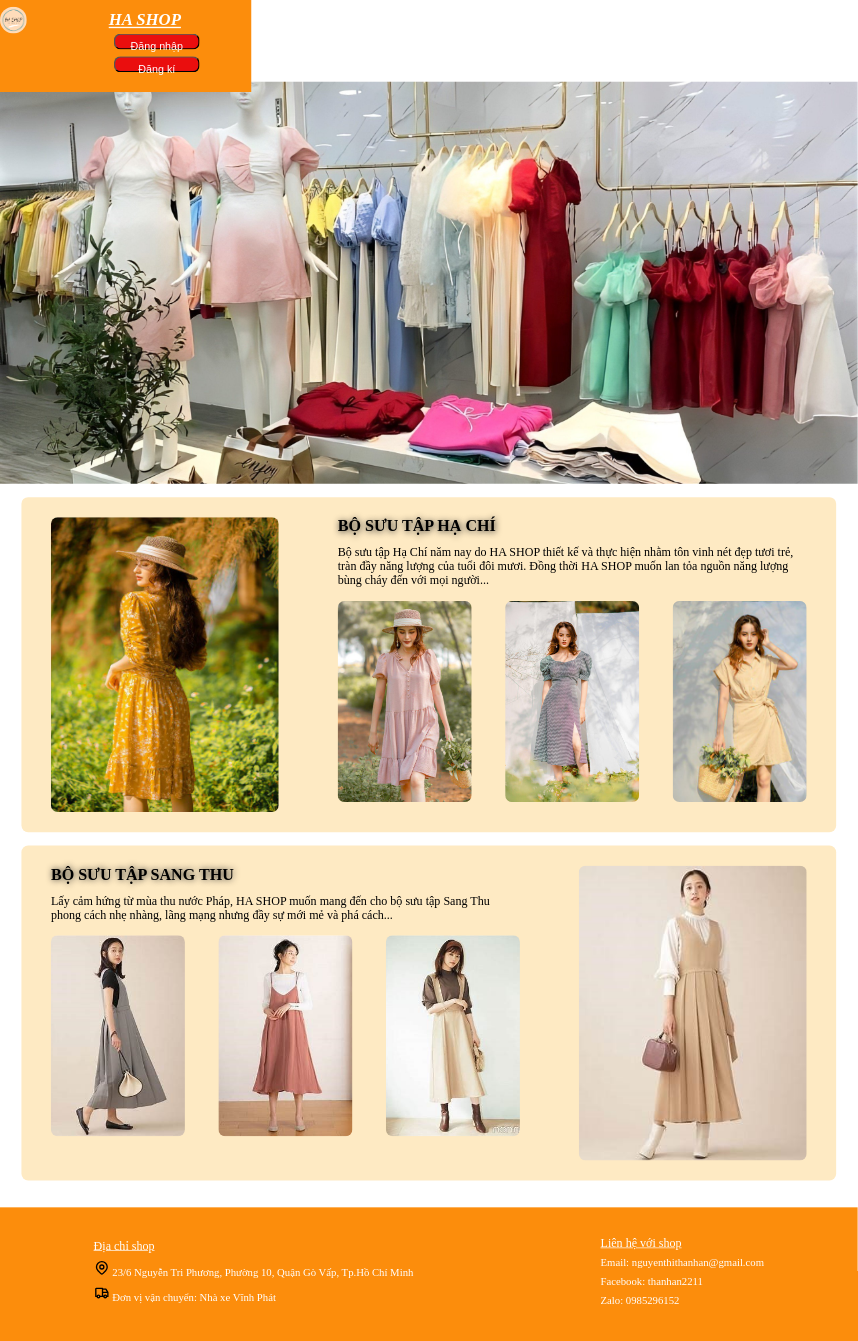
Repository: manhhieu120499/Project_ShopQuanAo
Page: index.html
These files come from the project's save history. The page is drawn as it stood at one moment and after the next save; the edit follows.
The browser window is 1280 px wide. The pictures show the whole page, at 67% of full size.

Above is the page before, as saved 2023-04-07 23:05:14.

After the next save:
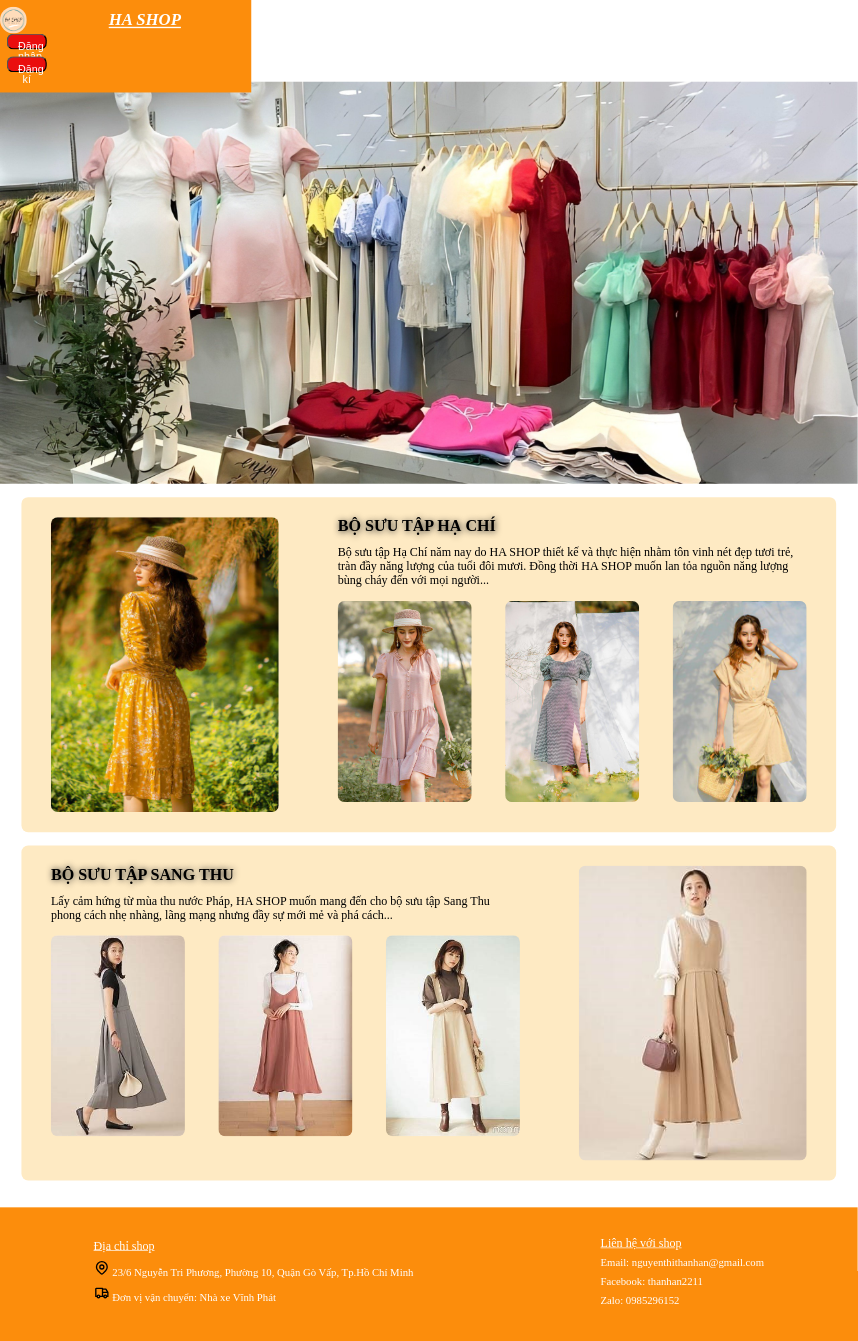
Saved 27 s later.
--- a/responsive/responsive_trangchu.css
+++ b/responsive/responsive_trangchu.css
@@ -71,12 +71,14 @@
         height: 40px;
     }
 
+    .right-header {
+        width: 80%;
+    }
     .right-header .btn {
-       width: 80%;
+      width: 100%;
        display: flex;
        flex-direction: column;
        gap: 10px;
-       justify-content: flex-end;
     }
 
     .right-header .btn > button{

After the 2 saves that followed:
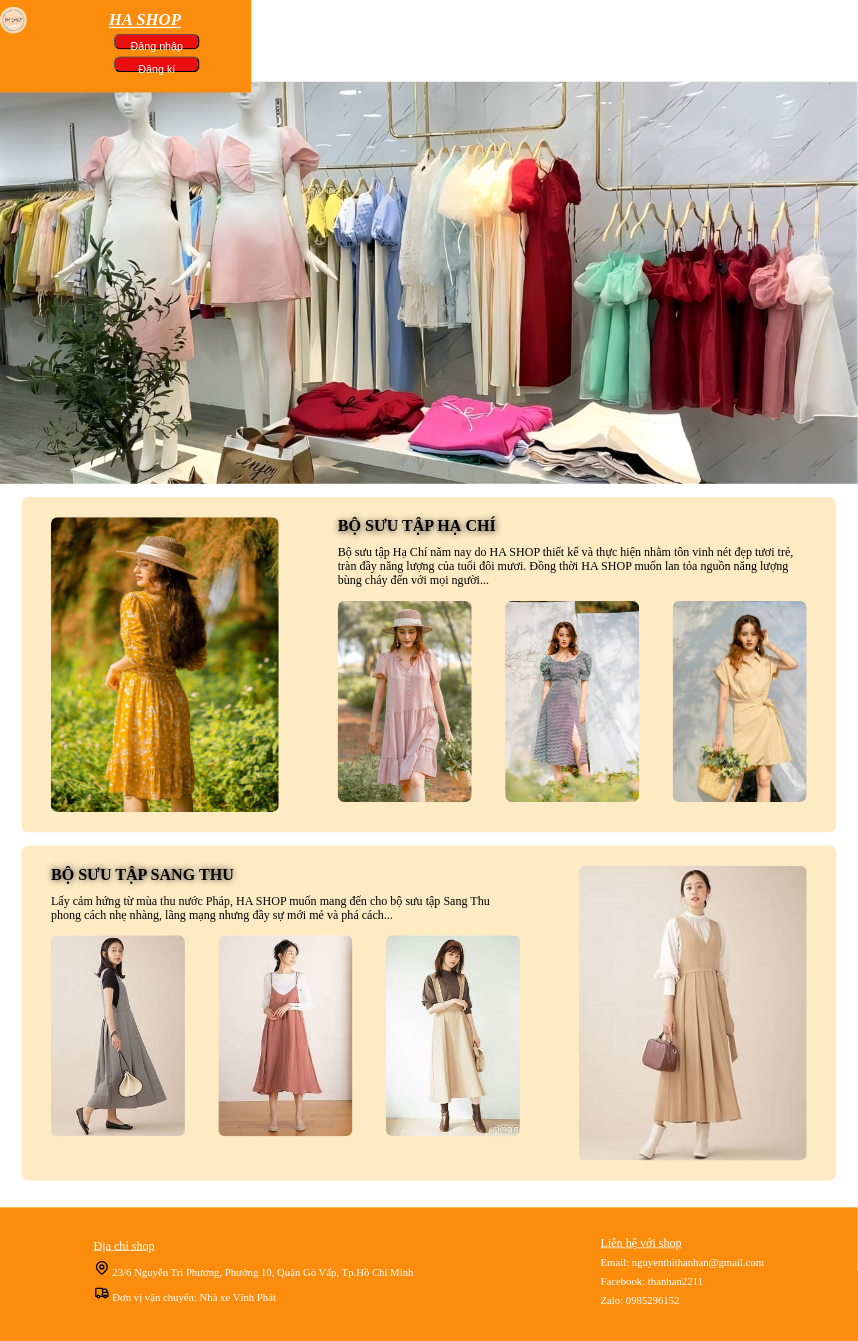
The 2 saves are shown as one change because 1 left the picture as it was.
The last was saved 23 s later.
--- a/responsive/responsive_trangchu.css
+++ b/responsive/responsive_trangchu.css
@@ -72,10 +72,10 @@
     }
 
     .right-header {
-        width: 80%;
+
     }
     .right-header .btn {
-      width: 100%;
+        width: 80%;
        display: flex;
        flex-direction: column;
        gap: 10px;
